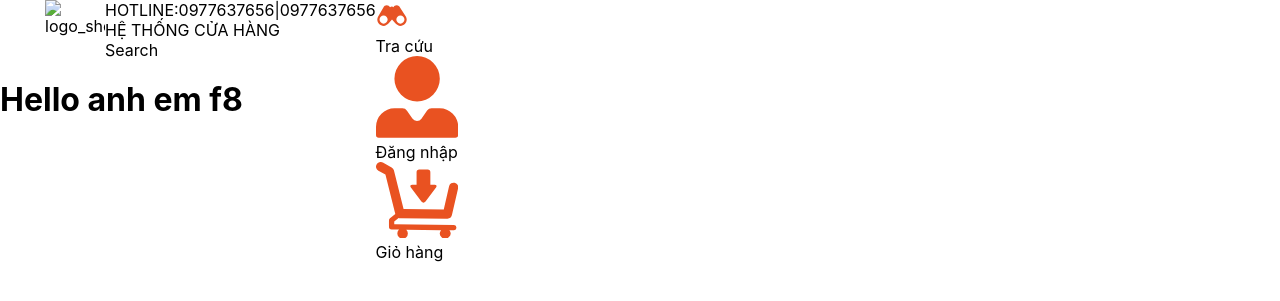
Repository: manhhieu120499/BadmintonShop
Page: /
The author's editor kept a copy of each file at every save. The page is drawn from the files as they stood at one save, then again after the next save.
The browser window is 1280 px wide. The pictures show the whole page.
The project was rebuilt for these pictures with package versions that can differ from the ones it lists, and the page was loaded fresh each time. Also part of the build but not shown: src/components/Button/Button.module.scss.

Above is the page before, as saved 2024-08-19 09:44:36.

After the next save:
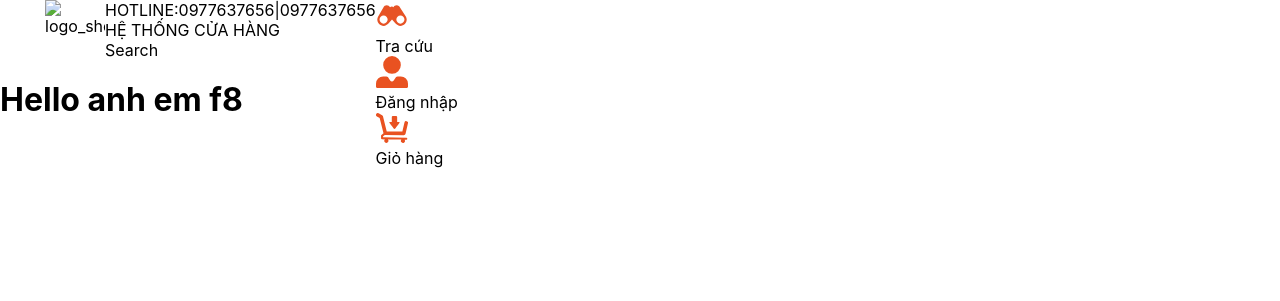
Saved 24 s later.
--- a/src/components/Icons/Icon.js
+++ b/src/components/Icons/Icon.js
@@ -31,6 +31,8 @@ export const UserIcon = ({ width = '2rem', height = '2rem' }) => {
 			xmlns="http://www.w3.org/2000/svg"
 			viewBox="0 0 245.86 244.44"
 			fill="#E95221"
+			width={width}
+			height={height}
 		>
 			<path
 				d="M249.31,163.93H225.14a16.46,16.46,0,0,0-13.49,7l-16.9,24.18a16.46,16.46,0,0,1-27.12-.18l-16.17-23.82a16.48,16.48,0,0,0-13.62-7.22H114.11a55.34,55.34,0,0,0-55.33,55.34v24.55A8.23,8.23,0,0,0,67,252.06h229.4a8.24,8.24,0,0,0,8.23-8.24V219.27A55.34,55.34,0,0,0,249.31,163.93Zm-67.57-20.58a67.87,67.87,0,1,0-67.86-67.87A67.86,67.86,0,0,0,181.74,143.35Z"
@@ -46,6 +48,8 @@ export const ShoppingCart = ({ width = '2rem', height = '2rem' }) => {
 			xmlns="http://www.w3.org/2000/svg"
 			viewBox="0 0 265.71 247.92"
 			fill="#E95221"
+			width={width}
+			height={height}
 		>
 			<path
 				d="M298.21,71.39a14.93,14.93,0,0,0-17.88,11.2l-17.21,75-129.91-1.2L101.9,31.17a15,15,0,0,0-7.28-9.46L66.2,6.08A14.92,14.92,0,0,0,51.82,32.23L74.53,44.72l31.89,127.52L89.25,185.79A8.52,8.52,0,0,0,86,192.48v21.31a8.52,8.52,0,0,0,8.4,8.53l24.06.34A17,17,0,1,0,142,223l112.53,1.58a17,17,0,1,0,26.94.38l14.67.2h.13a8.53,8.53,0,0,0,.11-17l-193.35-2.72v-8.77l14.18-11.2a14.36,14.36,0,0,0,4.15.67l153.44,1.43H275a14.93,14.93,0,0,0,14.54-11.59l19.91-86.66A14.93,14.93,0,0,0,298.21,71.39Z"
